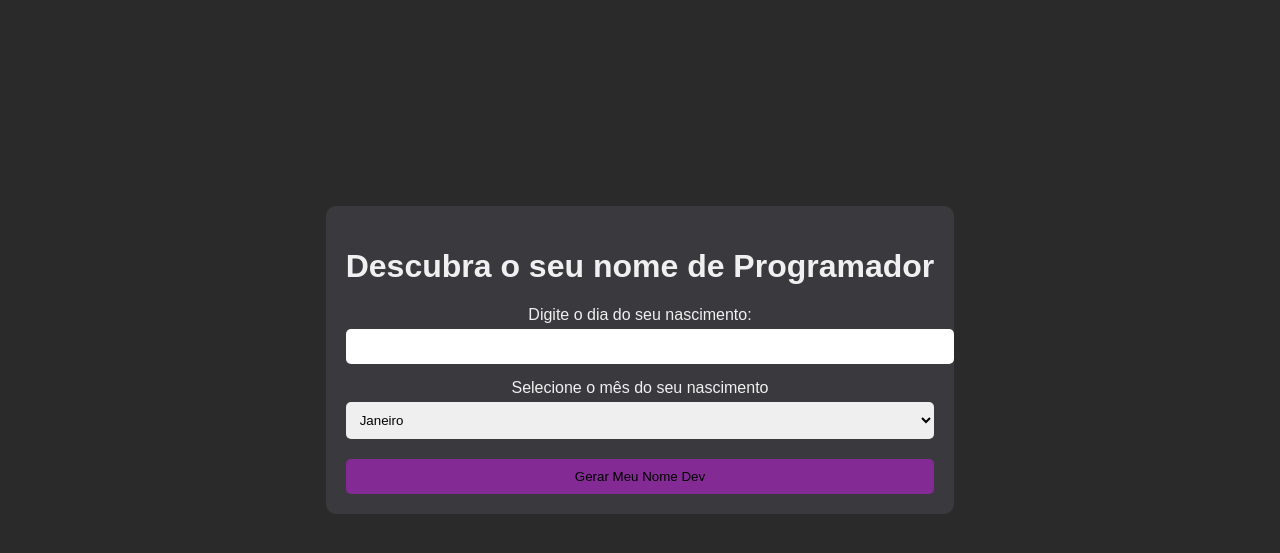
Repository: analessp/seu-nome-dev
Page: index.html
An editor plug-in stored every save of this project. The page is shown before and after the next save, followed by the edit.
The browser window is 1280 px wide. The pictures show the whole page.

Above is the page before, as saved 2025-05-13 10:52:09.

After the next save:
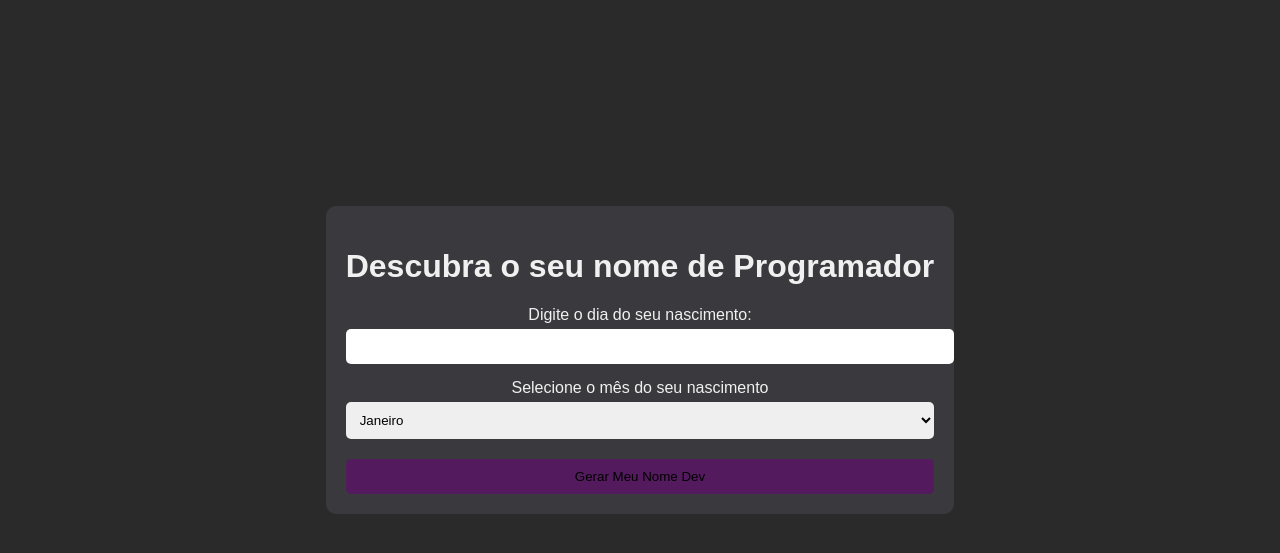
Saved 6 s later.
--- a/styles.css
+++ b/styles.css
@@ -32,5 +32,5 @@ input, select, button {
 }
 
 button {
-    background-color: #842a94;
+    background-color: #531a5d;
 }
